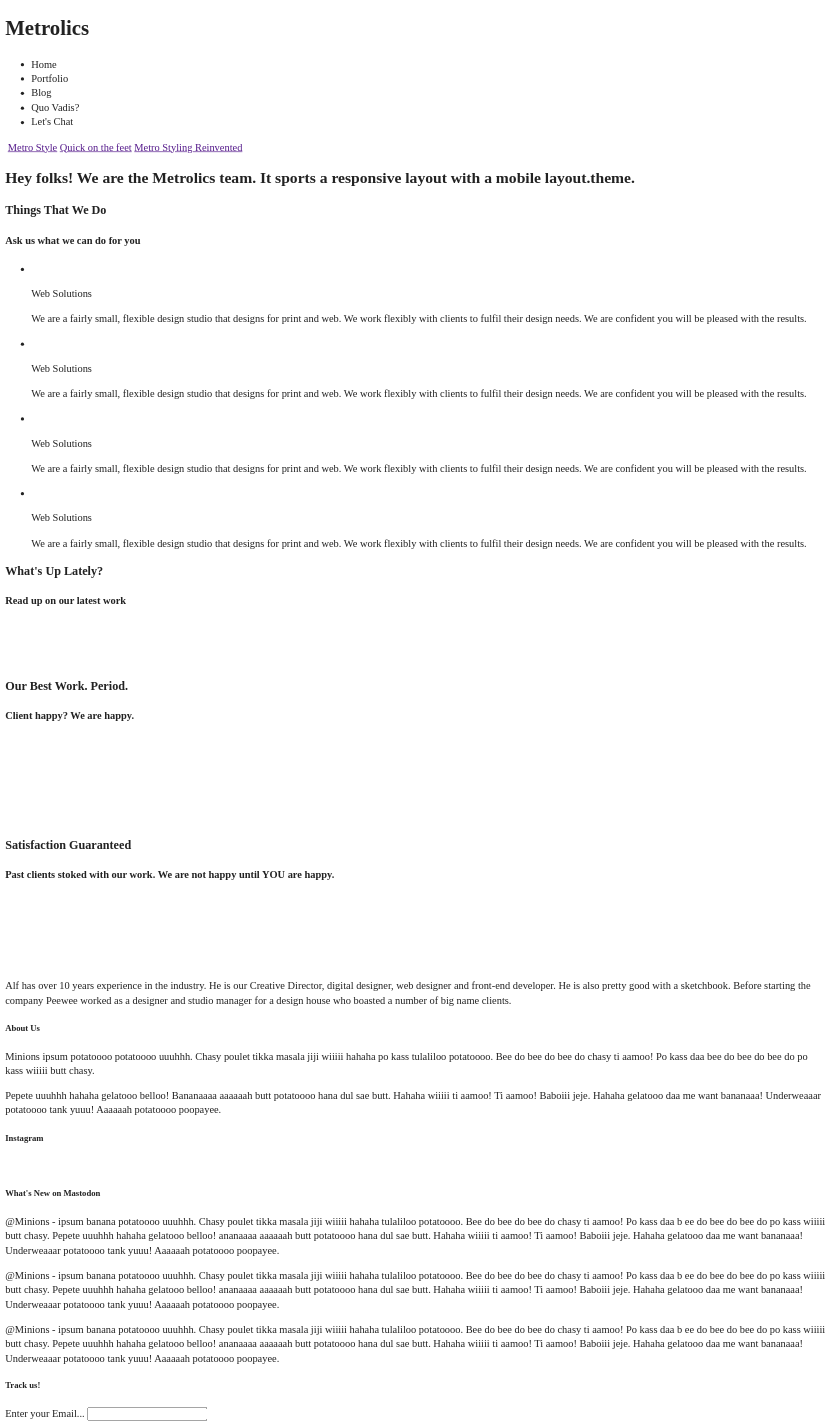
Repository: kaitlynlew/Lab02-Metrolics
Page: index.html
The author's editor kept a copy of each file at every save. The page is drawn from the files as they stood at one save, then again after the next save.
The browser window is 1280 px wide. The pictures show the whole page, at 65% of full size.

Above is the page before, as saved 2025-01-22 15:31:23.

After the next save:
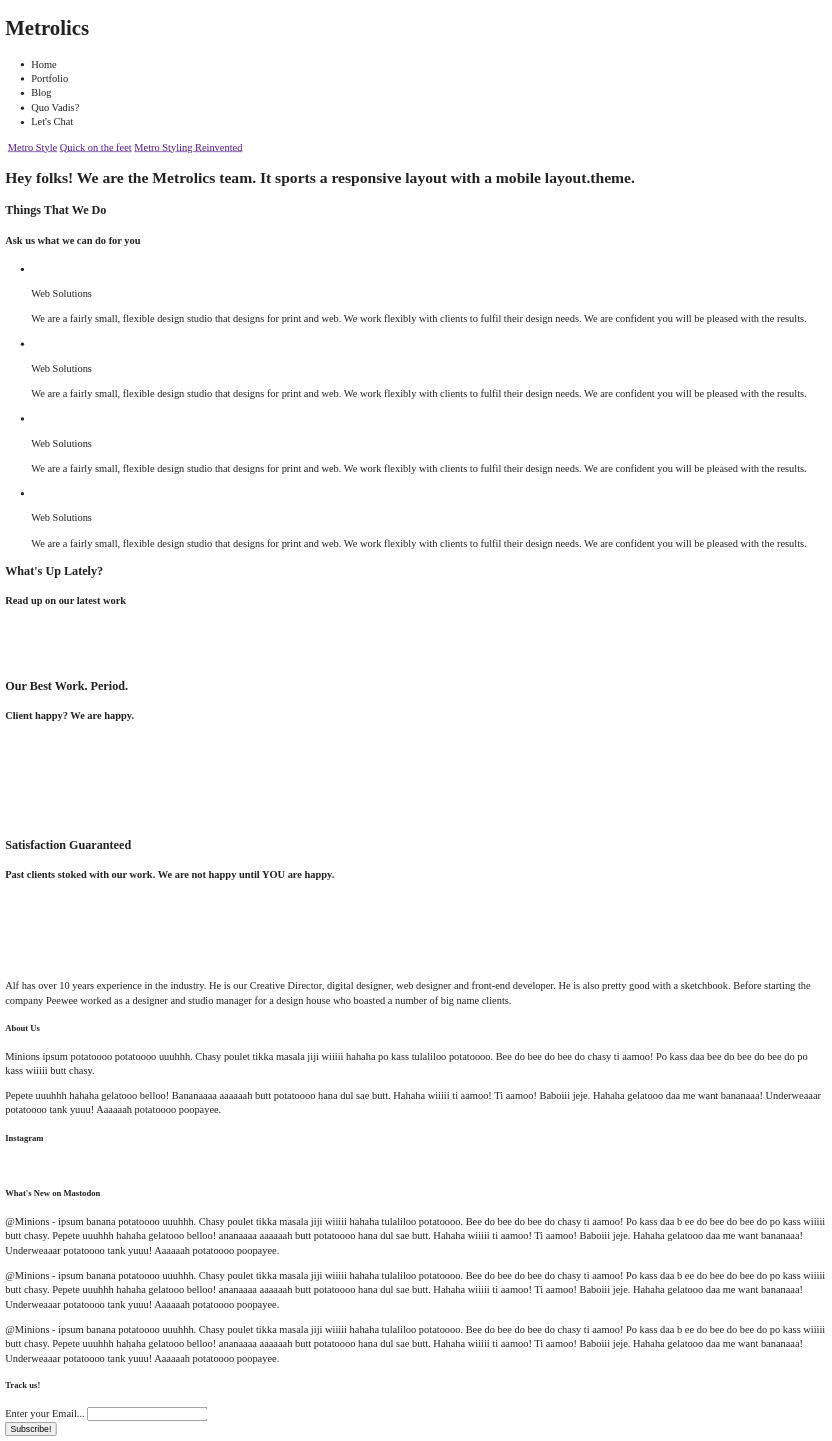
Saved 19 s later.
--- a/index.html
+++ b/index.html
@@ -143,6 +143,9 @@
             <label for="email">Enter your Email... </label>
             <input type="email" name="email" id="email" required />
           </div>
+          <div>
+            <input type="submit" value="Subscribe!" />
+          </div>
         </form>
       </section>
   </section>
